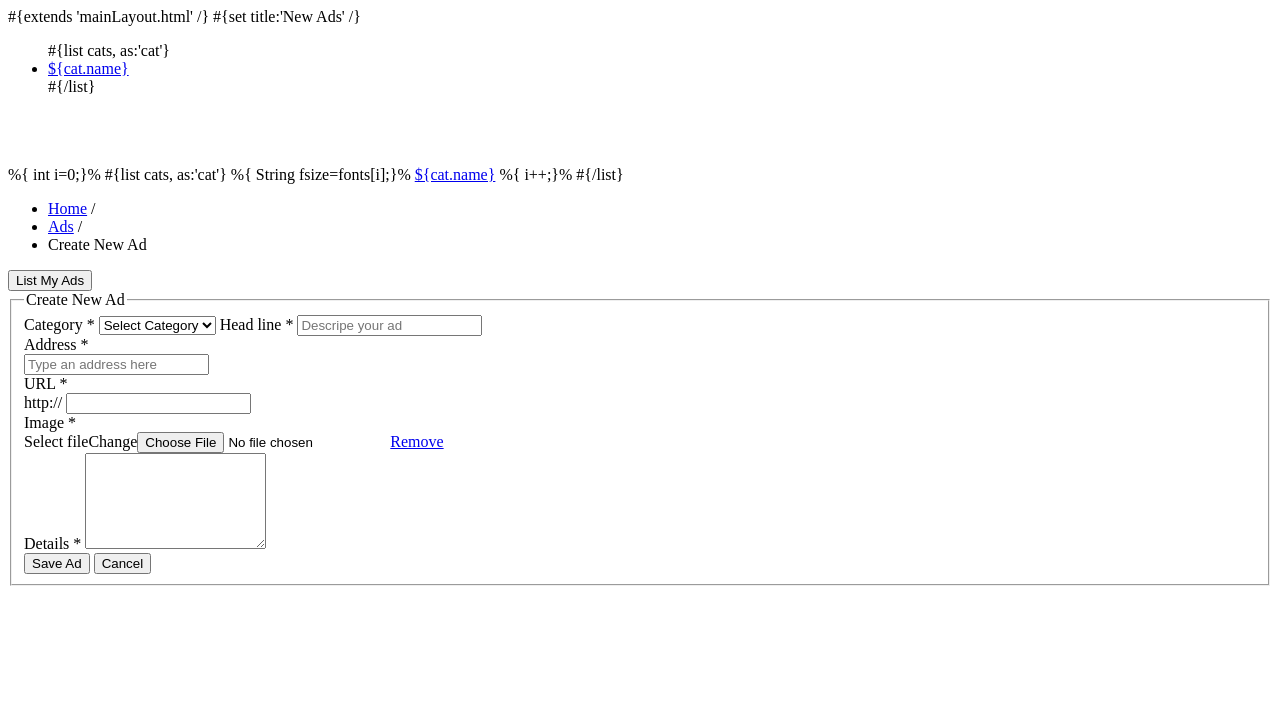
Repository: Maalejm/SEBA
Page: SlifeWebSite/app/views/Ads/newAd.html
The author's editor kept a copy of each file at every save. The page is drawn from the files as they stood at one save, then again after the next save.
The browser window is 1280 px wide. The pictures show the whole page.

Above is the page before, as saved 2013-06-18 00:41:50.

### SlifeWebSite/app/views/Ads/newAd.html
#{extends 'mainLayout.html' /}
#{set title:'New Ads' /}

 <div class="container-fluid">
            <div class="row-fluid">
                <div class="span2">

                    <ul class="nav nav-list">
                        #{list cats, as:'cat'}
                         <li
                         %{ if(cat.id==1) { }%
                          class="active"
                         %{ } }%
                         ><a class="catNav" href="${cat.id}">${cat.name}</a></li>
                        #{/list}

                    </ul>

                    <div>
                    <br/>
                    <br/>
                    <br/>

                    %{ int i=0;}%
                    #{list cats, as:'cat'}
                       %{ String fsize=fonts[i];}%
                       <span style="font-size:${fsize}px;"><a class="catNav" href="${cat.id}">${cat.name}</a></span>
                      %{ i++;}%
                    #{/list}
                    </div>
                    <!--Sidebar content-->
                </div>
                <div class="span10">
                    <ul class="breadcrumb">
                        <li><a href="#">Home</a> <span class="divider">/</span></li>
                        <li><a href="#">Ads</a> <span class="divider">/</span></li>
                        <li class="active">Create New Ad</li>
                    </ul>

                    <div class="btn-group">
                        <button class="btn">List My Ads</button>
                    </div>



                    <form>
                        <fieldset>
                            <legend>Create New Ad</legend>
                            <label>Category *</label>
                            <select class="span5">
                                <option value="0">Select Category</option>
                                #{list cats, as:'cat'}
                                <option value="${cat.id}">${cat.name}</option>
                    		    #{/list}
                            </select>

                            <label>Head line *</label>
                             <input type="text" class="span5" placeholder="Descripe your ad">
                            <div class="control-group "><!-- error -->
                            <label>Address *</label>
                                 <div class="controls">
                                <input type="text" class="span5" placeholder="Type an address here">
                                <!-- <span class="help-inline">Please correct the error</span> -->
                                </div>
                            </div>
                            <label>URL *</label>
                                <div class=" input-prepend">
                                    <span class="add-on">http://</span>
                                    <input type="text" class="input_text">

                                  </div>
                            <label>Image *</label>


                                 <div class="fileupload fileupload-new" data-provides="fileupload">
  <div class="input-append">
    <div class="uneditable-input span3"><i class="icon-file fileupload-exists"></i> <span class="fileupload-preview"></span></div><span class="btn btn-file"><span class="fileupload-new">Select file</span><span class="fileupload-exists">Change</span><input type="file" /></span><a href="#" class="btn fileupload-exists" data-dismiss="fileupload">Remove</a>
  </div>
</div>

                            <label>Details *</label>
                                <textarea rows="6" class="input_textarea"></textarea>
                                  <br/>



                                  <div class="form-actions">
                                      <button type="submit" class="btn btn-primary">Save Ad</button>
                                      <button type="button" class="btn">Cancel</button>
                                  </div>
                        </fieldset>
                    </form>



                    <!--Body content-->
                </div>
            </div>
        </div>

After the next save:
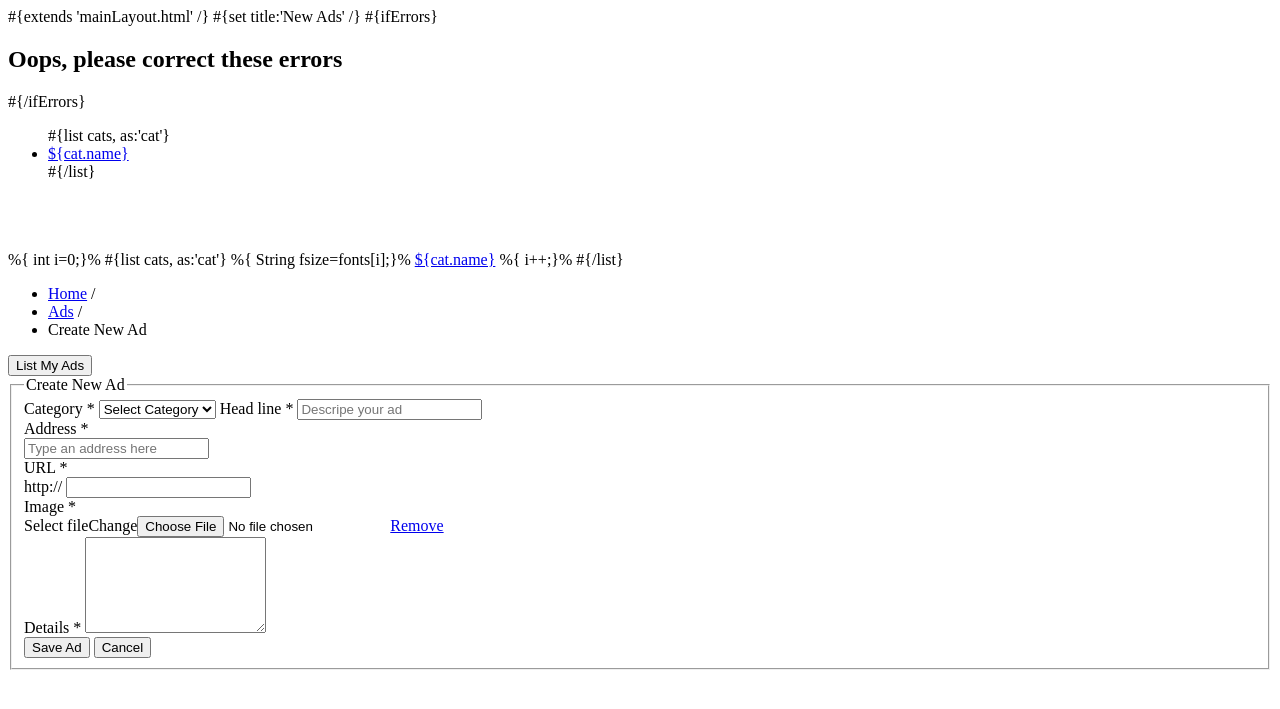
Saved 9 min 35 s later.
--- a/SlifeWebSite/app/views/Ads/newAd.html
+++ b/SlifeWebSite/app/views/Ads/newAd.html
@@ -1,5 +1,11 @@
 #{extends 'mainLayout.html' /}
 #{set title:'New Ads' /}
+
+#{ifErrors}
+<div class="error">
+    <h2>Oops, please correct these errors</h2>
+</div>
+#{/ifErrors}
 
  <div class="container-fluid">
             <div class="row-fluid">
